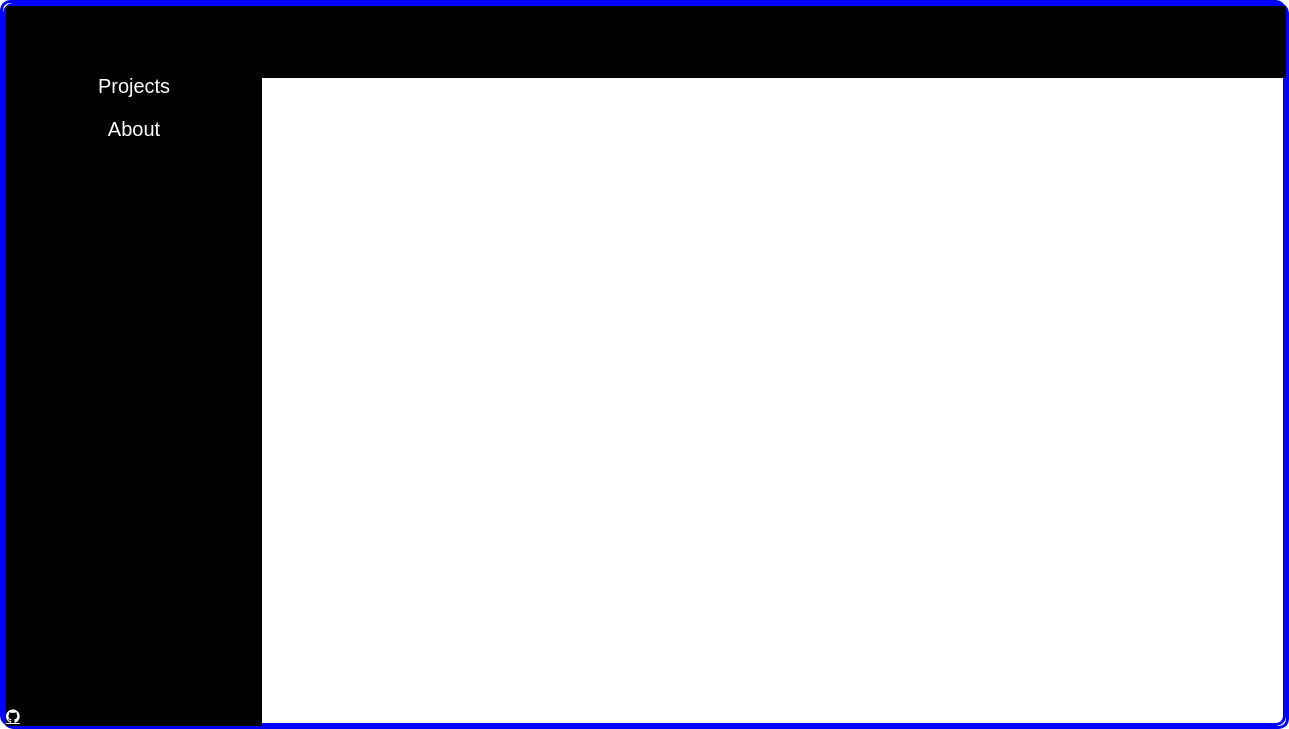
Repository: josephinel6/josephinel6.github.io
Page: index.html
These files come from the project's save history. The page is drawn as it stood at one moment and after the next save; the edit follows.
The browser window is 1280 px wide. The page is 1289 px wide, so the pictures cover 1289 px, including what lies to the right of the window. The pictures show the whole page.

Above is the page before, as saved 2023-04-04 10:48:01.

### index.html
<!DOCTYPE html>
<html>

<head>
    <style>
        :root.light {
            --color-bg: white;
            --color-menu-text: black;
        }

        :root.dark {
            --color-bg: black;
            --color-menu-text: white;
        }

        /* :root {
            --color-bg: black;
        } */

        html,
        body {
            height: 100%;
            width: 100%;
            margin: 0;
            position: relative;
            border-color: blue;
            border-radius: 10px;
            border-style: solid;
            padding: 0;
        }

        #menu {
            height: 100%;
            width: 20%;
            position: absolute;
            top: 0;
            bottom: 0;
            background-color: var(--color-bg);
        }

        #topbar {
            width: 100%;
            height: 10%;
            position: absolute;
            background-color: var(--color-bg);
        }

        .menutext {
            color: var(--color-menu-text);
            font-family: sans-serif;
            font-size: 20px;
        }

        .fa-github {
            color: var(--color-menu-text);
        }
    </style>
    <link rel="stylesheet" href="https://cdnjs.cloudflare.com/ajax/libs/font-awesome/4.7.0/css/font-awesome.min.css">
    <script type="module" src="https://cdn.jsdelivr.net/gh/zerodevx/zero-md@2/dist/zero-md.min.js"></script>
</head>

<body>
    <div id="menu">
        <div style="margin-top: 10%; position:relative">
            <CENTER>
                <p class="menutext"> Home </p>
                <p class="menutext"> Projects </p>
                <p class="menutext"> About </p>
            </CENTER>
        </div>
        <CENTER>
            <div style="position: absolute; bottom:0">
                <a href="https://github.com/josephinel6" class="fa fa-github"></a>
            </div>
        </CENTER>
    </div>
    <div id="topbar">

    </div>
    <script>
        window.onload = function () {
            document.documentElement.classList.remove("light")
            document.documentElement.classList.add("dark")
            window.localStorage.setItem('mode', 'dark');
            console.log("dark")
        }

        function openpage(pageName, elmnt) {
            var i, tabcontent, tablinks;
            tabcontent = document.getElementsByClassName("tabcontent");
            for (i = 0; i < tabcontent.length; i++) {
                tabcontent[i].style.display = "none";
            }
            tablinks = document.getElementsByClassName("tablink");
            for (i = 0; i < tablinks.length; i++) {
                tablinks[i].style.backgroundColor = "";
            }
            document.getElementById(pageName).style.display = "block";

            document.body.scrollTop = 0;
            document.documentElement.scrollTop = 0;
            console.log("ducks")
        }
    </script>

</body>

</html>

After the next save:
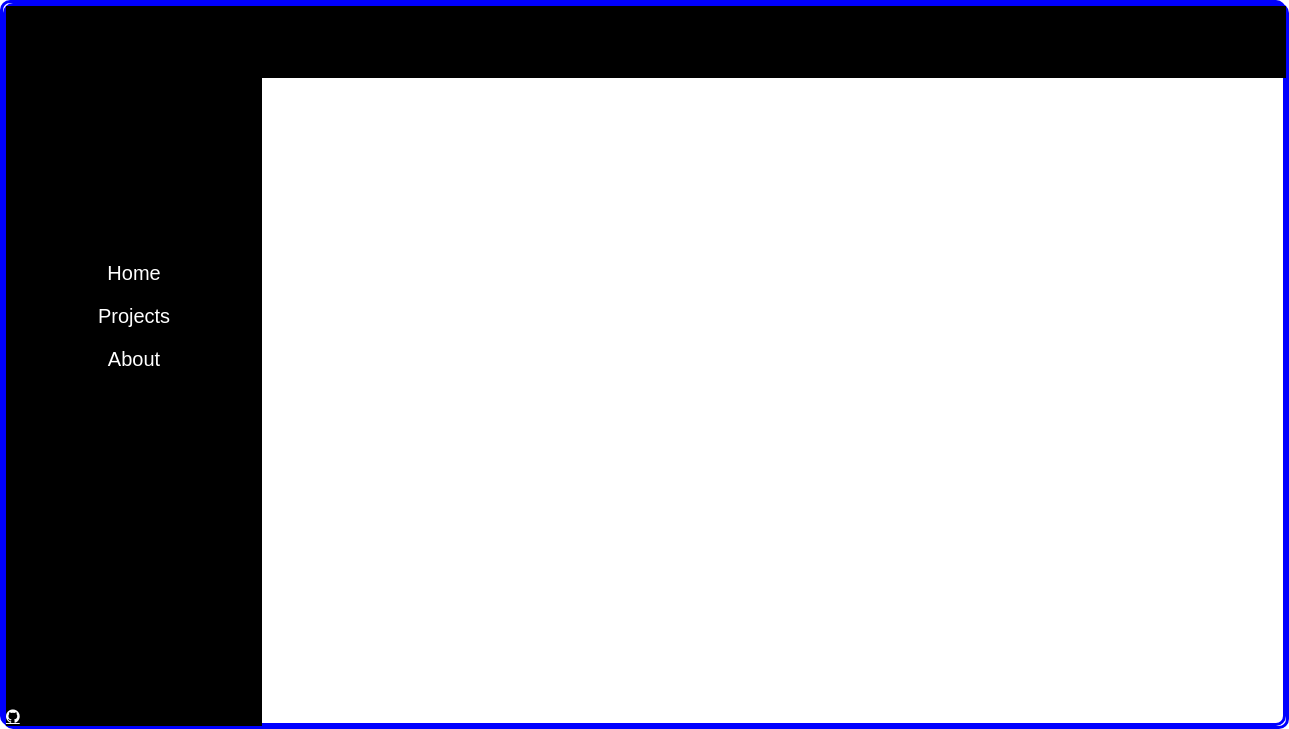
Saved 12 s later.
--- a/index.html
+++ b/index.html
@@ -61,9 +61,9 @@
 
 <body>
     <div id="menu">
-        <div style="margin-top: 10%; position:relative">
+        <div>
             <CENTER>
-                <p class="menutext"> Home </p>
+                <p class="menutext" style="margin-top: 100%"> Home </p>
                 <p class="menutext"> Projects </p>
                 <p class="menutext"> About </p>
             </CENTER>

After the save that followed:
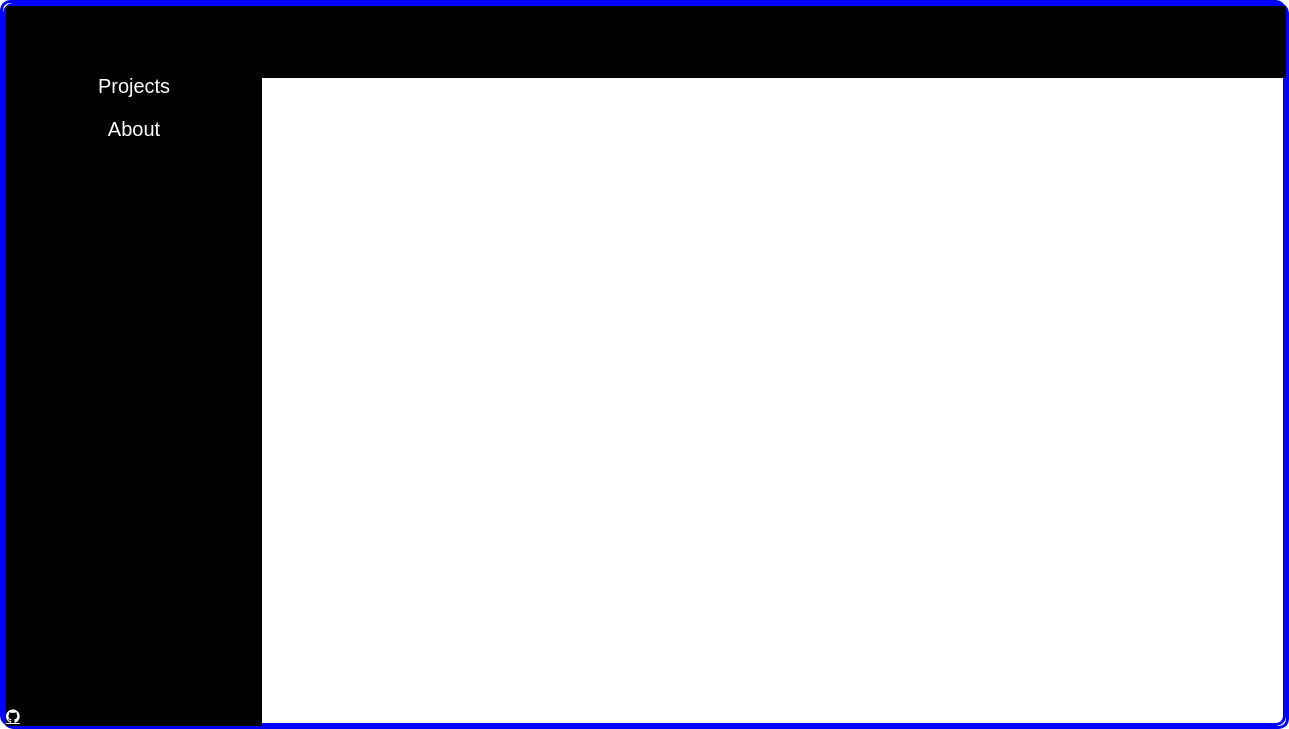
Saved 4 s later.
--- a/index.html
+++ b/index.html
@@ -63,7 +63,7 @@
     <div id="menu">
         <div>
             <CENTER>
-                <p class="menutext" style="margin-top: 100%"> Home </p>
+                <p class="menutext" style="margin-top: 10%"> Home </p>
                 <p class="menutext"> Projects </p>
                 <p class="menutext"> About </p>
             </CENTER>
